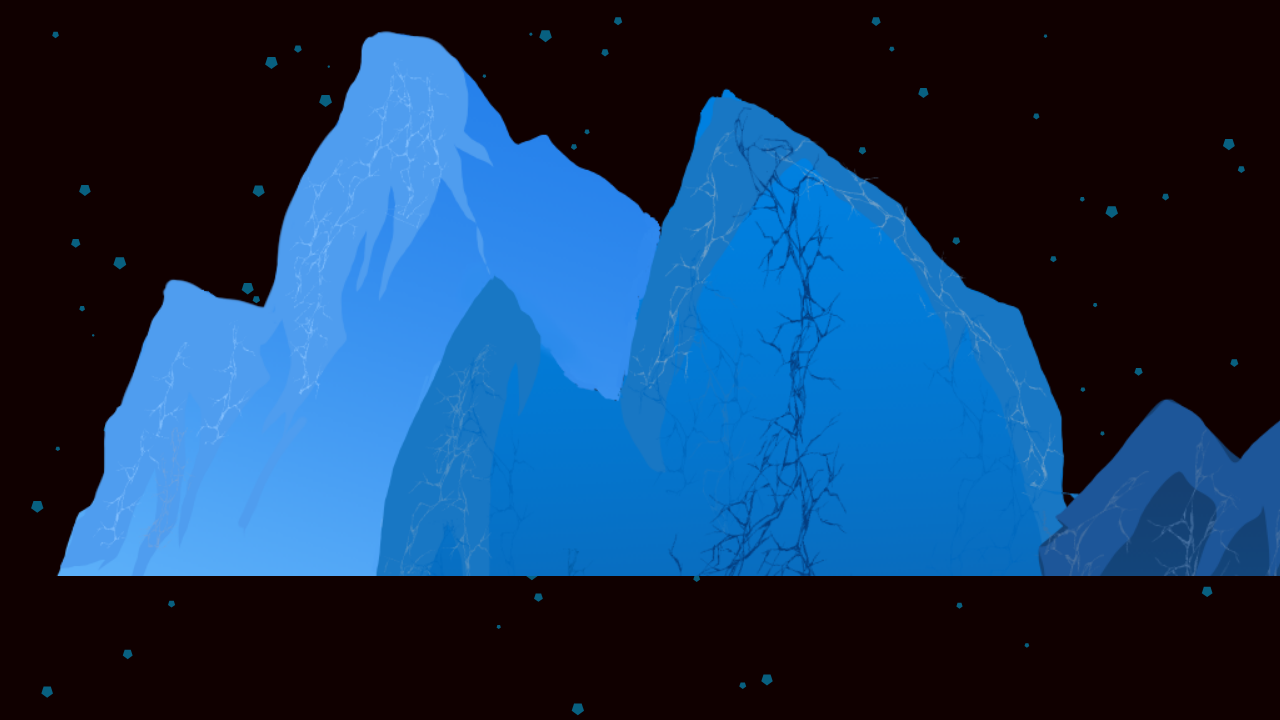
Repository: TMuse333/quantumDesigns
Page: /
These files come from the project's save history. The page is drawn as it stood at one moment and after the next save; the edit follows.
The browser window is 1280 px wide. The pictures show the whole page.
The project was rebuilt for these pictures with package versions that can differ from the ones it lists, and the page was loaded fresh each time. Also part of the build but not shown: vite.config.js, src/styles/navbar.css, src/components/navbar.jsx, src/styles/work.css, src/components/skillDesc.js, src/components/work.jsx, src/styles/testimonial.css, src/components/testimonials.jsx and 31 more. Imported but missing from the stored project, and not drawn on this page: src/images/best_dunk.mp4.

Above is the page before, as saved 2024-01-26 10:46:29.

### index.html
<!doctype html>
<html lang="en">
  <head>
    <meta charset="UTF-8" />
    <link rel="icon" type="image/svg+xml" href="/vite.svg" />
    <link rel="preconnect" href="https://fonts.googleapis.com">
<link rel="preconnect" href="https://fonts.gstatic.com" crossorigin>
<link href="https://fonts.googleapis.com/css2?family=Noto+Sans+Linear+A&display=swap" rel="stylesheet" integrity="your-integrity-value" crossorigin="anonymous">

<link rel="preconnect" href="https://fonts.googleapis.com">
<link rel="preconnect" href="https://fonts.gstatic.com" crossorigin>
<link href="https://fonts.googleapis.com/css2?family=Noto+Sans+Linear+A&family=Open+Sans:ital@1&display=swap" rel="stylesheet">
<link rel="stylesheet" href="https://fonts.googleapis.com/css2?family=Roboto:wght@400;700&display=swap">


    <meta name="viewport" content="width=device-width, initial-scale=1.0" />
    <title>Vite + React</title>
  </head>
  <body>
    <div id="root"></div>
    <script type="module" src="/src/main.jsx"></script>
  </body>
</html>

### src/main.jsx
import './index.css'
import * as React from 'react';
import { StrictMode } from 'react';
import { createRoot } from 'react-dom/client';
import { BrowserRouter } from 'react-router-dom';

import App from './App';

const rootElement = document.getElementById('root');
const root = createRoot(rootElement);

root.render(
  <StrictMode>
    <BrowserRouter>
      <App />
    </BrowserRouter>
  </StrictMode>
);

### src/index.css
:root {
  font-family: Inter, system-ui, Avenir, Helvetica, Arial, sans-serif;
  line-height: 1.5;
  font-weight: 400;

  color-scheme: light dark;
  color: rgba(255, 255, 255, 0.87);
  background-color: #242424;

  font-synthesis: none;
  text-rendering: optimizeLegibility;
  -webkit-font-smoothing: antialiased;
  -moz-osx-font-smoothing: grayscale;
}



html{
  overflow-x: hidden;
}

a {
  font-weight: 500;
color:white;
  text-decoration: inherit;
}
a:hover {

}

body {
  margin: 0;
  padding:0;
  display: flex;
  place-items: center;

  overflow-x: hidden;
}

h1 {
  font-size: 3.2em;
  line-height: 1.1;
}

button {
  border-radius: 8px;
  border: 1px solid transparent;
  padding: 0.6em 1.2em;
  font-size: 1em;
  font-weight: 500;
  font-family: inherit;
  background-color: #1a1a1a;
  cursor: pointer;
  transition: border-color 0.25s;
}
button:hover {

}
button:focus,
button:focus-visible {
  outline: 4px auto -webkit-focus-ring-color;
}

### src/App.jsx
import { useState } from 'react'
import { Link } from 'react-router-dom'



import './App.css'
import Navbar from './components/navbar'
import Layout from './components/layout'
import Testimonials from "./components/testimonials";
import {
  BrowserRouter as Router,

  Route, Routes

} from "react-router-dom";

import Booking from './components/booking'

import Portfolio from './components/portfolio'
import Overview from './components/overview'
import Services from './components/services'
import ServiceOverview from './components/serviceOverview'
import ParallaxLayout from './components/paralax'
import Layout2 from './components/layout2'
import Tenets from './components/tenets'
import Infographic from './components/infographic'
import Layout3 from './components/layout3'
function App() {
  const [count, setCount] = useState(0)



  return (
    <>

    <Routes>

      <Route path='/'
      // element={<Layout/>}
      element={<Layout3/>}

      />

      <Route path='tenets'

      element={<ParallaxLayout/>}
      >

      </Route>

      <Route path='booking' element={<Booking/>}>

      </Route>

      <Route path='about'
      element={<Overview/>}
      // element={<About/>}
      >

      </Route>

      <Route path='portfolio'
       element={<Portfolio/>}></Route>

       <Route path='react'
      //  element={<ServiceOverview/>}
      element={<Infographic/>}
       >

       </Route>


    </Routes>




     </>
  )
}

export default App

### src/App.css
#root {
  max-width: 1280px;
  margin: 0 auto;

  text-align: center;
}

:root{
  /* --primary-color:rgb(5, 23, 111); */
  --tag-color:rgb(10, 9, 17);
  --primary-color:rgb(13, 18, 22);
}

.sphere{
width:min-content;

z-index: 1;
position: relative;
margin-left: auto;
margin-right: auto;

}





@keyframes fallAnimation {
  0% {
    background-position: 0% 0%;
  }

  /* 50%{
    background-position: 0% 50%;
  } */

  100% {
    background-position: 0% 100%;
  }
}

#particles{
  z-index: -1 !important;

 }

 .layout3{
  width:100vw;
  position: absolute;
  left:0;
  overflow-x: hidden;
 }



.laut{
  width:100vw;

  /* height:100vh; */
  /* height:2000px; */

  position: absolute;
  left:0;
  /* top:0; */
/* background-image: url(src/images/quantum-realm.png); */
/* background-size: cover; */
  /* overflow-x: hidden; */
  padding: 0;
z-index: 13;
/* margin-top: -1rem; */





}

.gif-nation img{
  position: relative;
  z-index: 2;
  height:110vh;
  display: none;
}



@keyframes floatAnimation {
  0% {
    transform: translateY(0);
  }
  50% {
    transform: translateY(-5px);
  }
  100% {
    transform: translateY(0);
  }
}





@keyframes moveBackground {
  0% {
    background-position: 0% 0%;
  }

  50%{
    background-position: 50% 0%;
  }

  100% {
    background-position: 0% 0%;
  }
}



.parallax-layout{
  width:100vw;
  text-align: center;
margin-right: auto;
margin-left: auto;

background-image: url(src/images/sandy-bg.png);

  /* overflow: hidden; */
}

.before-title-text{
 font-weight: bold;
 margin-bottom: -0.5rem;
}

.bold-700{
  font-weight: 700;
}

.title-text{
  /* width:100vw; */
  /* font-weight: 350; */
  font-size: 2.1rem;
  margin-bottom: 1rem;
  font-family: 'spartan',sans-serif;
  color:#cfd0d0;

}

.description-text{
  padding: 0 15px 0 15px;
    font-family: 'Palatino Sans', 'Palatino Sans Informal', 'Palatino Sans Text', 'Palatino Sans W1G', 'Palatino Sans W01', sans-serif;
font-weight: 500;
font-size: 20px;
color:#cfd0d0

}

.button {
  display: inline-block;
  padding: 12px 24px;
  font-size: 16px;
  font-weight: bold;
  text-align: center;
  text-decoration: none;
  cursor: pointer;
  border: 2px solid #00bfff; /* Quantum blue color */
  color: #00bfff;
  background-color: transparent;
  border-radius: 8px;
  transition: background-color 0.3s ease, color 0.3s ease;
  width:max-content;
  margin-left: auto;
  margin-right: auto;
  margin-bottom: 3rem;
}

.button:hover {
  background-color: #00bfff; /* Quantum blue color on hover */
  color: #FFF; /* White text on hover */
}

.image-text-box {

  width:100vw;
}

.homepage-img{
  width:300px;
}

@media screen and (min-width:655px){
  /* .layout{
    height:100vh;
  } */
}

@media screen and (min-width: 865px)  {
  .image-text-box{
   margin-left: auto;
   margin-right: auto;
          display: grid;
          /* background-color: #00bfff; */
          width:90vw;
          max-width: 900px;
          grid-template-columns: 1fr 1fr; /* Two columns with equal width */
      gap:3rem;





  }



  .image-text-box img{


  }

  .homepage-img{
    width:50vw;
    max-width: 570px;
  }

  .image-text-box p{
    width:40vw;
    max-width: 350px;
    display: block;
    margin-block-start: 0em;
    margin-block-end: 1em;
    margin-inline-start: -1em;
    margin-inline-end: 0px;
    /* width:100%; */


  }

  .title-text{
    font-size: 2rem;
  }
}

### src/components/layout3.jsx
import React from "react";
import Content from "./content";
import ParticlesComponent from "./particles";
import { content1 } from "../componentData/data";
import { content2 } from "../componentData/data";
import Hero3 from "./herobanner3";

const Layout3 = () => {


    return (
        <>
        <ParticlesComponent/>
        <div className="layout3">
            <Hero3/>
            {/* <Content
            {...content1}/> */}
        </div>
        </>
    )
}


export default Layout3

### src/components/herobanner3.jsx
import React from "react";
import Sphere from "./sphere";
import '../styles/hero3.css'
import bg from '../images/no-bg-mountain.png'

const Hero3 = () => {


    return (
        <div className="hero3-container">
         <img src={bg}
        //  style={{
        //     height:'500px'
        //  }}
        />
        </div>
    )
}


export default Hero3

### src/components/particles.jsx
import { useEffect, useMemo, useState } from "react";
import Particles, { initParticlesEngine } from "@tsparticles/react";
import { loadSlim } from "@tsparticles/slim";

const ParticlesComponent = () => {
  const [init, setInit] = useState(false);

  useEffect(() => {
    initParticlesEngine(async (engine) => {
      await loadSlim(engine);
    }).then(() => {
      setInit(true);
    });
  }, []);

  const particlesLoaded = (container) => {
    console.log(container);
  };

  const options = useMemo(
    () => ({

      fullScreen:{
        enable:true,
        // width:'300px'

      },




      background: {
        color: {
          value: "#100000",
        },

      },
      fpsLimit: 120,
      interactivity: {
        events: {
          onClick: {
            enable: true,
            mode: "push",
          },
          onHover: {
            enable: true,
            mode: "grab",
          },
        },
        modes: {
          push: {
            quantity: 4,
          },
          repulse: {
            distance: 15,
            duration: 0.4,
          },
        },
      },
      particles: {
        color: {
          value: "#00bfff",
        },
        links: {
          color: "#ffffff",
          distance: 150,
          enable: false,
          opacity: 0.5,
          width: 1,
        },
        move: {
          direction: "random",
          enable: true,
          outModes: {
            default: "bounce",
          },
          random: false,
          speed: 0.1,
          straight: false,
          attract: {
            enable: true,
            rotateX: 600,
            rotateY: 1200,
          },
          trails:true,
        },
        number: {
          density: {
            enable: true,
          },
          value: 200,
        },
        opacity: {
          value: 0.5,
        },
        shape: {
          type: "polygon",
        },
        size: {
          value: { min: 1, max: 5 },
        },
      },
      detectRetina: false,
    }),
    []
  );

  if (init) {
    return (
      <>


      <Particles
        id="particles"
        particlesLoaded={particlesLoaded}
        options={options}
        style={{

      }}
      />
        </>
    );
  }

  return <></>;
};

export default ParticlesComponent;

### src/styles/hero3.css
.hero3-container{
    /* margin-top: 5rem; */


  width:100vw;
  background-size: auto 1350px;
  background-position: 30% 22%;
  background-image: url(src/images/no-bg-mountain.png);
  height:80vh;
  position: relative;


}


.hero3-container img{
    display: none;

    /* object-fit: cover;
    height:500px;
    width:100vw; */
    /* transform: scale(0.5); */
    /* height:80vw; */
    position: absolute;
    top:-25rem;
    left:0;
}




@media screen and (min-width:655px){
    .hero3-container{
        /* background-position: 50% 50%;  */
    }
}

Loaded but not shown: src/componentData/data.js (344 lines, source omitted)

After the next save:
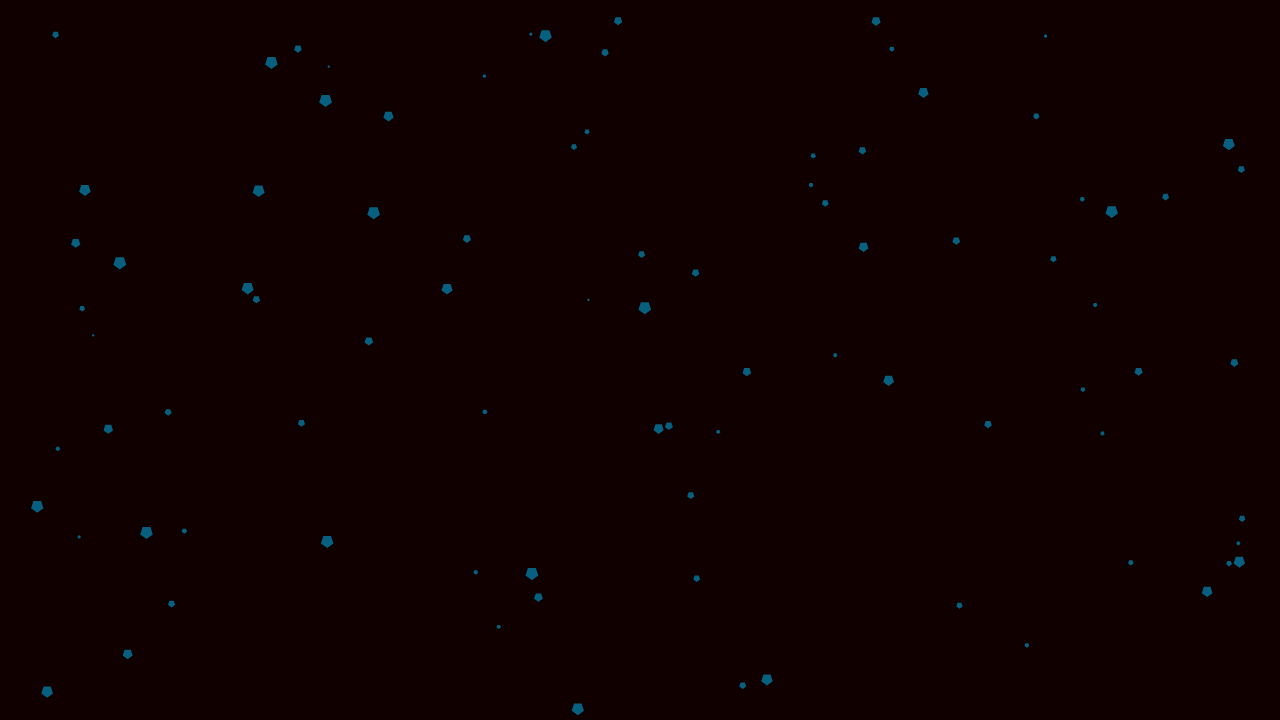
Saved 11 s later.
--- a/src/styles/hero3.css
+++ b/src/styles/hero3.css
@@ -6,7 +6,7 @@
   background-size: auto 1350px;
   background-position: 30% 22%;
   background-image: url(src/images/no-bg-mountain.png);
-  height:80vh;
+  /* height:80vh; */
   position: relative;
 
 
